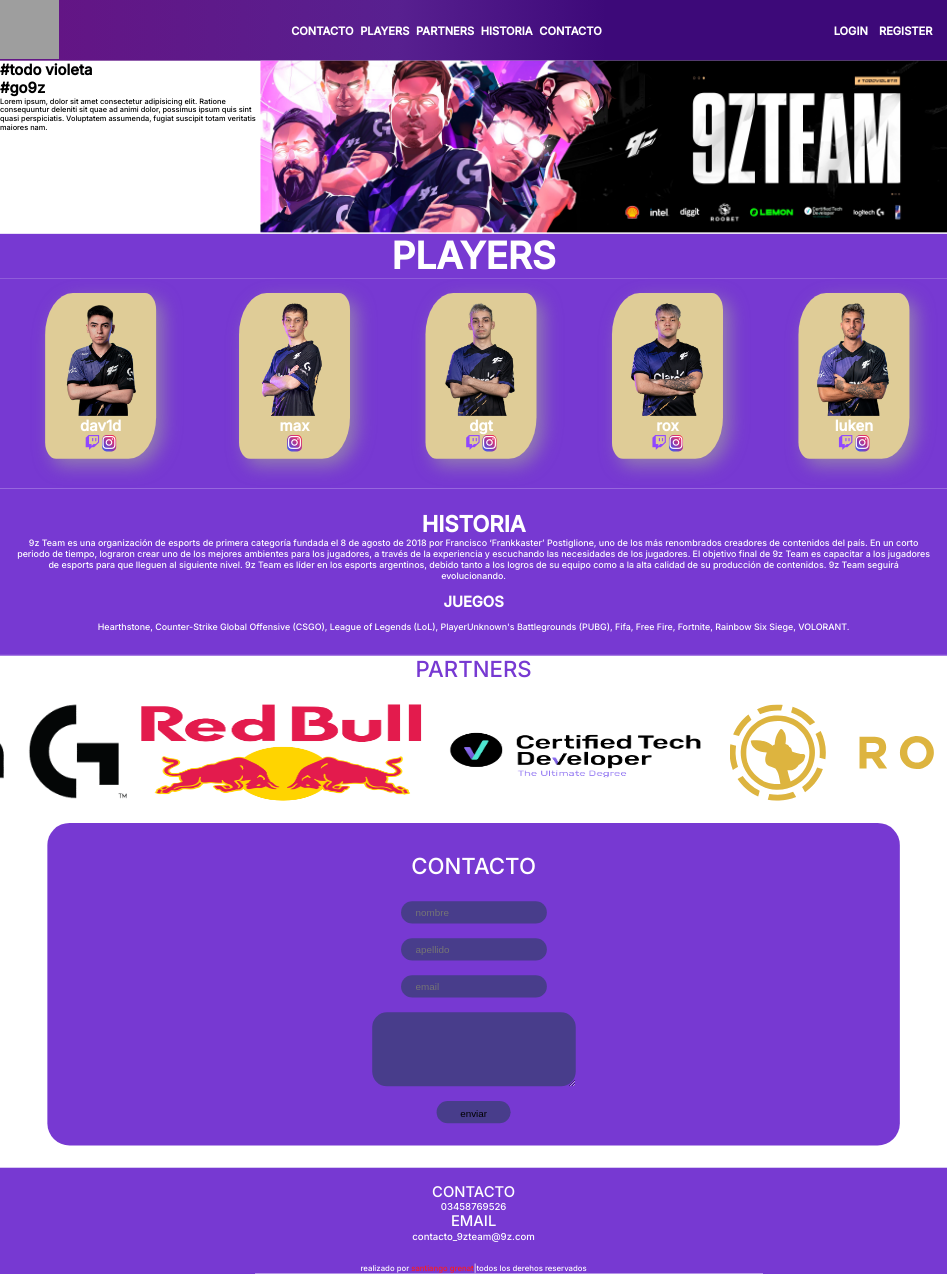
Repository: santig20/trabajo-practico-integrador-nuncba-html-css-
Page: index.html
An editor plug-in stored every save of this project. The page is shown before and after a run of saves, followed by the edit.
The browser window is 1280 px wide. The pictures show the whole page, at 74% of full size.
Pictures or frames that could not be fetched are drawn as grey boxes. Some web libraries are served in a nearby version.

Above is the page before, as saved 2022-06-25 09:34:26.

### index.html
<!DOCTYPE html>
<html lang="es">
  <head>
    <meta charset="UTF-8" />
    <meta http-equiv="X-UA-Compatible" content="IE=edge" />
    <meta name="viewport" content="width=device-width, initial-scale=1.0" />
    <link rel="stylesheet" href="./style.css" />
    <link rel="shortcut icon" href="./assets/9zteam_logo - copia.ico" type="image/x-icon">
    <link
    rel="stylesheet"
    href="./table.css"
    media="screen and (min-width: 600px)"
  />
  <link
    rel="stylesheet"
    href="./desktop.css"
    media="screen and (min-width: 800px)"
  />
    <link rel="stylesheet" href="path/to/font-awesome/css/font-awesome.min.css">
    <link rel="stylesheet" href="https://use.fontawesome.com/releases/v5.0.7/css/all.css">
    <link rel="stylesheet" href="https://cdnjs.cloudflare.com/ajax/libs/font-awesome/6.1.1/css/all.min.css" integrity="sha512-KfkfwYDsLkIlwQp6LFnl8zNdLGxu9YAA1QvwINks4PhcElQSvqcyVLLD9aMhXd13uQjoXtEKNosOWaZqXgel0g==" crossorigin="anonymous" referrerpolicy="no-referrer" class="__web-inspector-hide-shortcut__">
    <link rel="preconnect" href="https://fonts.googleapis.com">
<link rel="preconnect" href="https://fonts.gstatic.com" crossorigin>
<link href="https://fonts.googleapis.com/css2?family=Inter:wght@300;500&family=Work+Sans:wght@400;500;700&display=swap" rel="stylesheet">
    <title>9Z TEAM</title>
  </head>
  <body>
    <!--👉 Debe contener un navbar que navegue las diversas secciones de la web.
    👉 Debe contener una portada alusiva a la temática de nuestra app.
    👉 Una sección de imágenes.
    👉 Una sección de contacto.
    👉 Un footer.
    👉 Una página para loguearse.
    👉 Una página para registrarse.
    👉 Ser responsive.
    👉 Estar deployado en vercel.  -->

    <header>
      <div class="img_header">
        <img src="./assets/9zteam_logo.png" alt="" />
      </div>
      <nav>
        <div class="navmain" id="menu" >
          <ul>
            <li> <a href="">contacto</a></li>
            <li><a href=""> Players</a></li>
            <li><a href="">Partners</a></li>
            <li><a href="">historia</a></li>
            <li><a href="">contacto</a></li>
          </ul>
        </div>
           </nav>
        <div class="registro_container">
          <ul>
          <li><a href="./registro.html">login </a></li>
         <li><a href="./registro.html">register </a></li>
        </ul>
        </div>


    </header>

    <main>
      <section class="hero_section">
        <div class="texto_hero">
          <h1>#todo violeta</h1>
          <h2>#go9z</h2>
          <p>
            Lorem ipsum, dolor sit amet consectetur adipisicing elit. Ratione
            consequuntur deleniti sit quae ad animi dolor, possimus ipsum quis
            sint quasi perspiciatis. Voluptatem assumenda, fugiat suscipit totam
            veritatis maiores nam.
          </p>
        </div>
        <div class="img_hero">
          <img src="./assets/fondo9z.jpg" alt="" />
        </div>


      </section>
      <section class="players">
        <div class="texto_players">
             <span>
              players
             </span>
          </div>
        <div class="player_container">

 <div class="player_david">
  <img src="./assets/david.png" alt="">
  <p>dav1d</p>
  <a href="https://www.twitch.tv/dav1dcs1"><i class="fa-brands fa-twitch" target="_blank" ></i></a>
  <a href="https://www.instagram.com/dav1dcs1/"  target="_blank"><i class="fa-brands fa-instagram" id="instagram"></i> </a>
     </div>
 <div class="player_max">
<img src="./assets/max.png" alt="">
<p>
    max
</p>
<a href="https://www.instagram.com/maxgzez/"  target="_blank"><i class="fa-brands fa-instagram " id="instagram"></i> </a>

 </div>
 <div class="player_dgt">
<img src="./assets/dgt.png" alt="">
<p>
    dgt
</p>
<a href="https://www.twitch.tv/dgtcsgo"><i class="fa-brands fa-twitch" target="_blank" ></i></a>
<a href="https://www.instagram.com/franmanu_/"  target="_blank"><i class="fa-brands fa-instagram" id="instagram"></i> </a>

 </div>
 <div class="player_rox">
<img src="./assets/rox.png" alt="">
<p>
    rox
</p>
<a href="https://www.twitch.tv/roxcsgo1"><i class="fa-brands fa-twitch" target="_blank" ></i></a>
<a href="https://www.instagram.com/_molinamartin"  target="_blank"><i class="fa-brands fa-instagram " id="instagram"></i> </a>

 </div>
 <div class="player_luken">

<img src="./assets/luken.png" alt="">

 <p>luken</p>
<a href="https://www.twitch.tv/luken"><i class="fa-brands fa-twitch" target="_blank" ></i></a>
<a href="https://www.instagram.com/lucanadotti/"  target="_blank"><i class="fa-brands fa-instagram" id="instagram"></i> </a>

 </div>

        </div>

      </section>
      <section class="history">
        <div class="historia_content">
<h3>
    historia
</h3>
 <p>
    9z Team es una organización de esports de primera categoría fundada el 8 de agosto de 2018 por Francisco ‘Frankkaster’ Postiglione, uno de los más renombrados creadores de contenidos del país. En un corto periodo de tiempo, lograron crear uno de los mejores ambientes para los jugadores, a través de la experiencia y escuchando las necesidades de los jugadores. El objetivo final de 9z Team es capacitar a los jugadores de esports para que lleguen al siguiente nivel. 9z Team es líder en los esports argentinos, debido tanto a los logros de su equipo como a la alta calidad de su producción de contenidos. 9z Team seguirá evolucionando.
 </p>

               <h4>juegos </h4>
               <p>Hearthstone, Counter-Strike Global Offensive (CSGO), League of Legends (LoL), PlayerUnknown's Battlegrounds (PUBG), Fifa, Free Fire, Fortnite, Rainbow Six Siege, VOLORANT.</p>
</div>
      </section>
      <section class="partners">
       <p> partners</p>
<div class="fotos">
  <figure>
    <img src="./assets/images-removebg-preview.png" alt="">
    <img src="./assets/lemon.png" alt="">
    <img src="./assets/logitech-removebg-preview.png" alt="">
    <img src="./assets/red-bull-logo-2-1-removebg-preview.png" alt="">
    <img src="./assets/CTD-removebg-preview.png" alt="">
    <img src="./assets/roobet.svg" alt="">
    <img src="./assets/289-removebg-preview.png" alt="">
    <img src="./assets/Logo-Shell-removebg-preview.png" alt="">
    <img src="./assets/images-removebg-preview.png" alt="">
    </figure>
</div>
      </section>
      <section class="contacto">

    <p>
      contacto
    </p>
<form class="contacto_container"action="">
  <input type="text" placeholder="nombre">
  <input type="text" placeholder="apellido">
  <input type="text" placeholder="email">
  <textarea name="" id="" cols="30" rows="10"></textarea>
 <button type="submit"> enviar</button>
</form>


      </section>
    </main>

    <footer>
      <div class="footer_text">
     <span>
      contacto
     </span>
     <p>
      03458769526
     </p>
     <span>
      email
     </span>
     <p>
      contacto_9zteam@9z.com
     </p>
      </div>
     <p class="programador">
      realizado por  <a href="https://www.instagram.com/santigrenat/"> santiango grenat</a>|todos los derehos reservados
     </p>
    </footer>

  </body>
</html>

### style.css
* {
    padding: 0;
    margin: 0;
    box-sizing: border-box;
}
html {
    font-size: 62.5%;
    list-style: none;
    text-decoration: none;
    font-family: 'inter';

}

 /* inico header*/
header {
    display: flex;
    background: rgb(99,21,133);
    background: linear-gradient(90deg, rgba(99,21,133,1) 6%, rgba(88,32,144,1) 42%, rgba(61,9,121,1) 64%);
    height: 100%;
 justify-content: space-between;
align-items: center;
}
.img_header img{

    height: 8rem;
    width: 8rem;
}
.navmain{
 display: none;
}

.registro_container ul {
 display: flex;
font-size:2rem;
gap:1.5rem;
padding-right: 2rem;


}
.registro_container ul li{
    list-style: none;

}
.registro_container ul li a{
  text-decoration: none;
    text-transform: uppercase;
    color: white;
    font-weight: 600;

}
.registro_container ul li  :hover {
    background-color: #7739d2;
    padding:.4rem;
    border-radius: 1rem;
    cursor: pointer;
}

/*hero section*/

.texto_hero {
    display: none;
}
.img_hero img {
 width:100%;
}

/*player section */
.player_container{
    display: flex;
    flex-direction:column ;
    justify-content: center;
    align-items: center;
    text-align: center;
    background: #7739d2;
}
.texto_players{
    background-color: #7739d2;
    text-align: center;
}
.texto_players span {
     font-size: 5rem;
     font-weight: 700;
     text-transform: uppercase;
     color: white;
    padding: 2rem 0;


}
.player_container p {
    font-size: 2rem;
    font-weight: 700;
    color: white;
}

.player_container img{
    width: 15rem;
}

.player_david {
    background-color: #dfcc97;
    padding: 1rem 0;
    margin: 2rem 0;
    border-radius: 25% 10%;
    box-shadow: 9px 9px 24px 0px rgba(161,161,161,0.66);
-webkit-box-shadow: 9px 9px 24px 0px rgba(161,161,161,0.66);
-moz-box-shadow: 9px 9px 24px 0px rgba(161,161,161,0.66);
}

.player_david  :hover {
    transform: scale(1.1);
    text-transform: uppercase;
}
.player_david i {
    font-size: 2rem;
    color: #9147ff;
}

#instagram {
   color:white;
    background:linear-gradient(45deg, #405de6, #5851db, #833ab4, #c13584, #e1306c, #fd1d1d);
padding: .1rem;
border-radius: .6rem;
}

.player_max{
    background-color: #dfcc97;
    padding: 1rem 0;
    margin: 2rem 0;
    border-radius: 25% 10%;
    box-shadow: 9px 9px 24px 0px rgba(161,161,161,0.66);
-webkit-box-shadow: 9px 9px 24px 0px rgba(161,161,161,0.66);
-moz-box-shadow: 9px 9px 24px 0px rgba(161,161,161,0.66);
}
.player_max :hover {
    transform: scale(1.1);
    text-transform: uppercase;
}
.player_max i {
    font-size: 2rem;

}


.player_dgt{
    background-color: #dfcc97;
    padding: 1rem 0;
    margin: 2rem 0;
    border-radius: 25% 10%;
    box-shadow: 9px 9px 24px 0px rgba(161,161,161,0.66);
-webkit-box-shadow: 9px 9px 24px 0px rgba(161,161,161,0.66);
-moz-box-shadow: 9px 9px 24px 0px rgba(161,161,161,0.66);
}
.player_dgt :hover {
    transform: scale(1.1);
    text-transform: uppercase;
}
.player_dgt i {
    font-size: 2rem;
    color: #9147ff;
}

.player_rox{
    background-color: #dfcc97;
    padding: 1rem 0;
    margin: 2rem 0;
    border-radius: 25% 10%;
    box-shadow: 9px 9px 24px 0px rgba(161,161,161,0.66);
-webkit-box-shadow: 9px 9px 24px 0px rgba(161,161,161,0.66);
-moz-box-shadow: 9px 9px 24px 0px rgba(161,161,161,0.66);
}
.player_rox i {
    font-size: 2rem;
    color: #9147ff;
}

.player_rox  :hover {
    transform: scale(1.1);
    text-transform: uppercase;
}




.player_luken{
    background-color: #dfcc97;
    padding: 1rem 0;
    margin: 2rem 0;
    border-radius: 25% 10%;
    box-shadow: 9px 9px 24px 0px rgba(161,161,161,0.66);
-webkit-box-shadow: 9px 9px 24px 0px rgba(161,161,161,0.66);
-moz-box-shadow: 9px 9px 24px 0px rgba(161,161,161,0.66);
}
.player_luken  :hover {
    transform: scale(1.1);
    text-transform: uppercase;
}
.player_luken i {
    font-size: 2rem;
    color: #9147ff;
}

/* section historia   */

.historia_content {
    display: flex ;
    flex-direction: column;
    justify-content: center;
    align-items: center;
    text-align: center;
    padding: 3rem  2rem;
    background-color:#7739d2 ;
}
.historia_content h3 {
    font-size: 3rem;
  font-weight: 700;
  color: white;
  text-transform: uppercase;
}
.historia_content h4 {
    font-size: 2rem;
  font-weight: 700;
  color: white;
  text-transform: uppercase;
  padding: 1.5rem 0;
}
.historia_content p{
font-size: 1.2rem;
color: white;

}



/* partners section */
.partners p {
text-align: center;
font-size: 3rem;
text-transform: uppercase;

color: #7739d2;
border-top: 0.1rem solid;
}
.fotos{
    overflow: hidden;
    margin:2rem 0;
}
.fotos figure {
    display: flex;
    position:relative ;
    left: 0;
    animation: 20s fotos infinite alternate  ;
    width:300%;
  height: 15rem;


}

.fotos figure img {
    width: 14.3%;
  padding:1rem 0 ;

  margin: 0 1rem;
}

@keyframes fotos {
    0%{
        left: -25;
    }

    5%{
        left: -25;
    }

   14.3%{
        left: -50;
    }
    21.5% {
        left: -50%;
    }

   28.6%{
       left: -100%;
    }

    35.75%{
        left: -100%;
    }

    42.9%{
        left:-150%;
    }

   50.05% {
        left : -150%;
    }

   57.2% {
        left: -200%;
    }
  64.35% {
        left: -200%;
    }
  71.5% {
        left: -250%;
    }

    78.65% {
        left: -250%;
    }

   85.8% {
        left: -300%;
    }

   92.9% {
        left: -300%;
    }
    100% {
        left: -300%;
    }

}
/*section contacto*/
.contacto {
    background-color: #7739d2;
    padding: 2rem 0;
    border-radius: 3rem;
    width: 90%;
    margin: 0 auto;
}


.contacto  p {
    font-size: 3rem;
   text-align: center;
 text-transform: uppercase;
 margin: 2rem 0;
 color :white;
}
.contacto_container  {
     display: flex;
     flex-direction: column;
     justify-content: center;
     align-content: center;
     align-items: center;

}
.contacto_container input {
    height: 3rem;
    border-style: none;
    margin:1rem 0;
    border-radius: 2rem;
    padding-left: 2rem;
    background-color: darkslateblue;

}
.contacto_container textarea {
    height:10rem;
    border-style: none;
    margin:1rem 0;
    border-radius: 2rem;
    padding: 1rem;
    background-color: darkslateblue;
}
.contacto_container button {
      width: 10rem;
      height: 3rem;
      border-style: none;
    margin:1rem 0;
    border-radius: 2rem;
    padding: 1rem;
    background-color: darkslateblue;
}
.contacto_container button :hover {
    background-color: rgb(61, 40, 193);
}
/*section  footer*/
footer {
padding-top: 2rem;
    text-align: center;
    margin-top: 3rem;
    width: 100%;
 background-color: #7739d2;
}

.footer_text p {
color :white;
font-size: 1.3rem;
}
.footer_text span {
    color :white;
    font-size: 2rem;
    text-transform: uppercase;
    }

    .programador{
        color:white;
        padding-top: 3rem;
        font-size: 1.05rem;
    }
    .programador a {
        color: #fd1d1d;
        text-decoration: none;
    }

### table.css

header {
  justify-content: space-between;
}



.navmain {

    display: flex;
}
.navmain ul {

    display: flex;
    font-size:1.3rem;
gap:.9rem;
}
.navmain ul li {
list-style: none;
}
.navmain ul li a{
    text-decoration: none;
    text-transform: uppercase;
    color: white;
    font-weight: 600;

}
.navmain ul li   :hover {
    background-color: #7739d2;
    padding:.4rem;
    border-radius: 1rem;
    cursor: pointer;
}

.registro_container ul {

   font-size:1.3rem;

   }

   .player_container {

   flex-direction: row;
   justify-content: space-around;
  flex-wrap: wrap;
padding-bottom: 2rem;
   }
   .player_david {
    margin: 0 1rem;
   }


   .fotos figure img {
    width: 25%;

}

@keyframes fotos {
    0%{
        left: -25;
    }

    5%{
        left: -25;
    }

   14.3%{
        left: -50;
    }
    21.5% {
        left: -50%;
    }

   28.6%{
       left: -100%;
    }

    35.75%{
        left: -100%;
    }

    42.9%{
        left:-150%;
    }

   50.05% {
        left : -150%;
    }

   57.2% {
        left: -200%;
    }
  64.35% {
        left: -200%;
    }
  71.5% {
        left: -250%;
    }

    78.65% {
        left: -250%;
    }

   85.8% {
        left: -300%;
    }

   92.9% {
        left: -300%;
    }
    100% {
        left: -300%;
    }
}

### desktop.css
.registro_container ul {

    font-size:1.5rem;

    }

    .navmain ul {

        display: flex;
        font-size:1.5rem;
    gap:.9rem;
    }

    .hero_section {
        display: flex;
    }

    .texto_hero {
        display: flex;
        flex-direction: column;
    }
    .texto_hero h1{
        font-size: 2rem
    }

    .texto_hero h2 {
        font-size: 2rem
    }

    .img_hero {

    }

After the next 4 saves:
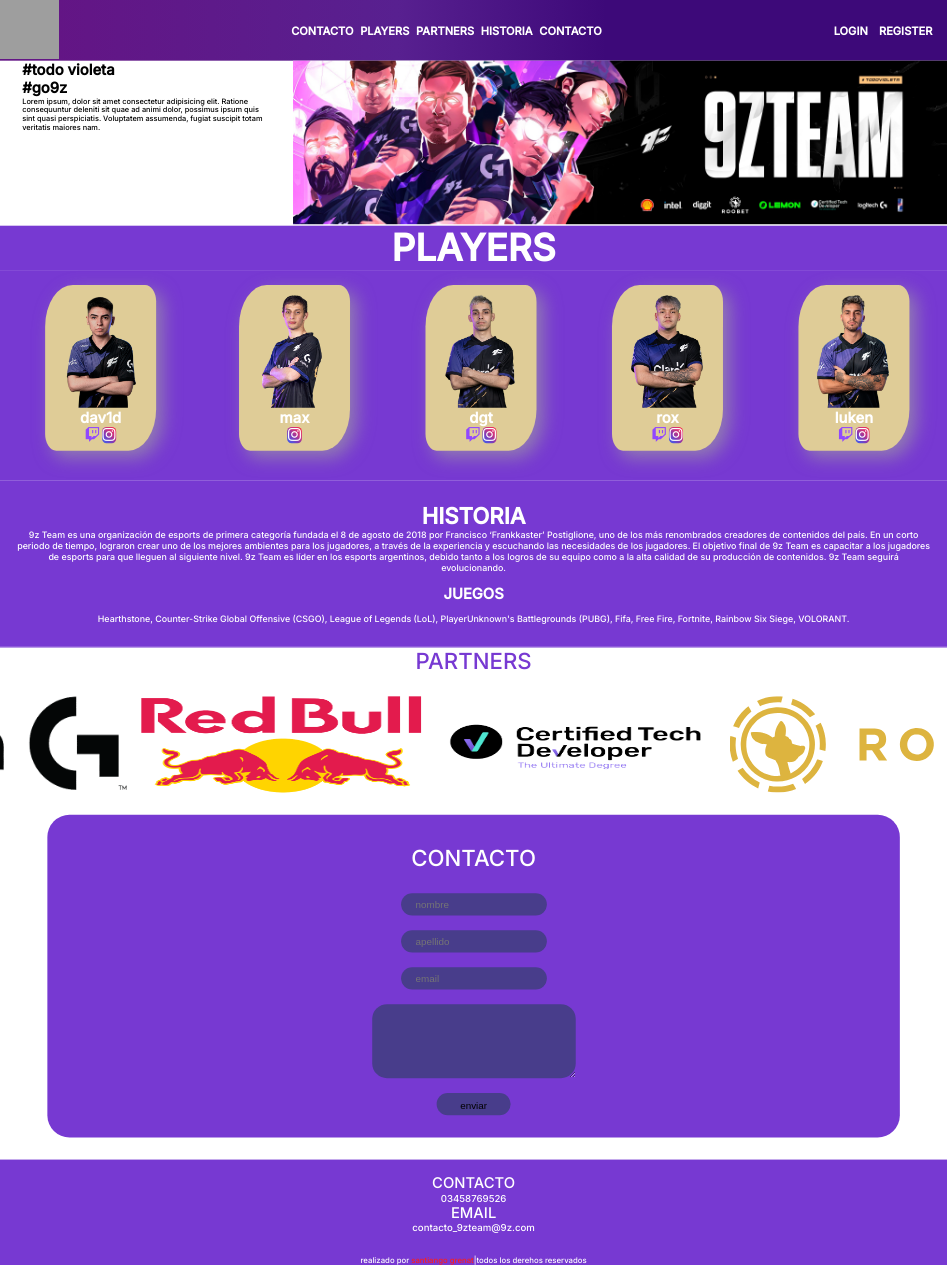
The 4 saves are shown as one change because they came seconds apart.
The last was saved 23 s later.
--- a/desktop.css
+++ b/desktop.css
@@ -18,6 +18,7 @@
     .texto_hero {
         display: flex;
         flex-direction: column;
+        padding:  0 3rem;
     }
     .texto_hero h1{
         font-size: 2rem
